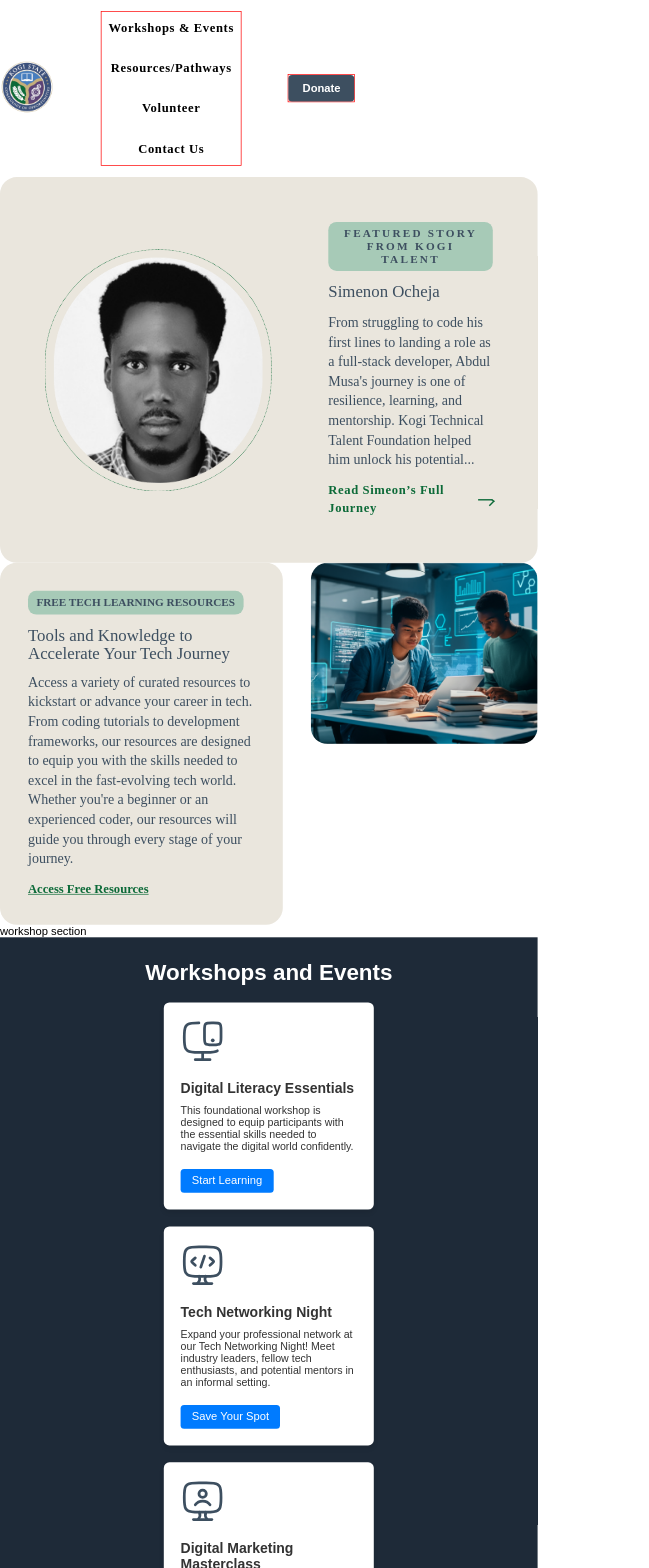
Repository: Cryptim/3MTT-Kogi-Foundation
Page: index.html
An editor plug-in stored every save of this project. The page is shown before and after the next save, followed by the edit.
The browser window is 768 px wide. The page is 768 px wide, then 927 px, so the pictures cover 927 px, including what lies to the right of the window. The pictures show the part of the page from y = 0 to 2240 px (the page is 5047 px tall before and 4908 px after), at 70% of full size.

Above is the page before, as saved 2024-11-04 03:24:50.

After the next save:
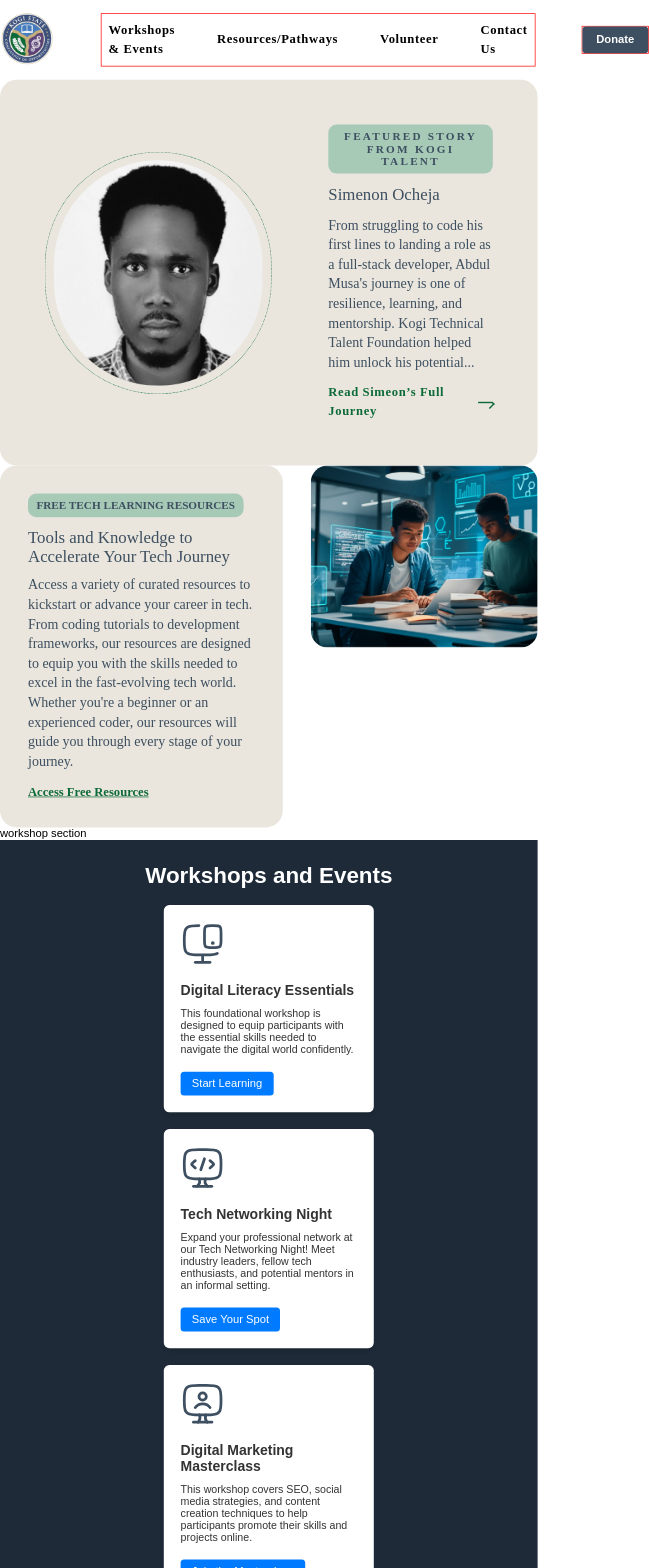
Saved 18 s later.
--- a/stlyes/style.css
+++ b/stlyes/style.css
@@ -88,10 +88,10 @@
     margin: 0; /* Remove margins for smaller screens */
   }
 
-  .nav {
+  /* .nav {
     flex-direction: column;
     gap: 10px;
-  }
+  } */
 }
 
 /* section one */
